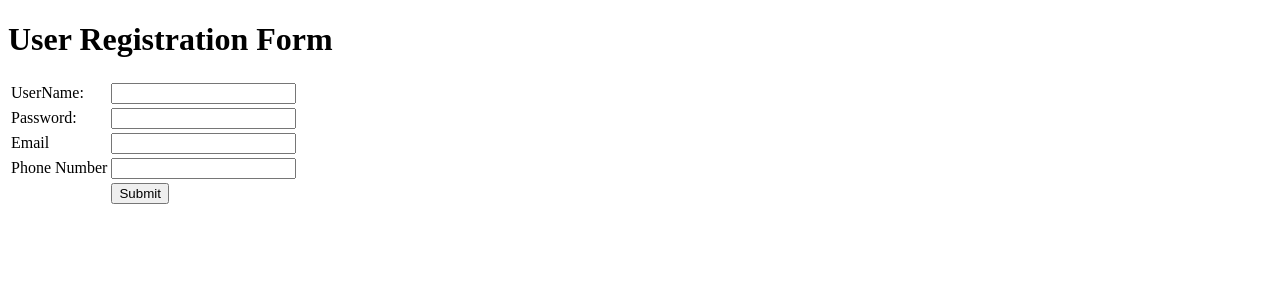
Repository: lokeshsingapuram/springmvc
Page: http://localhost/01-springmvc-forms/views/register.jsp
These files come from the project's save history. The page is drawn as it stood at one moment and after the next save; the edit follows.
The browser window is 1280 px wide. The pictures show the whole page.
The page is served by Tomcat 9. Other server files are loaded and not shown.

Above is the page before, as saved 2020-06-18 11:17:14.

### 01-springmvc-forms/src/main/webapp/views/register.jsp
<%@ page language="java" contentType="text/html; charset=ISO-8859-1"
    pageEncoding="ISO-8859-1"%>
<!DOCTYPE html>
<html>
<head>
<meta charset="ISO-8859-1">
<title>Insert title here</title>
</head>
<body>
<h1>User Registration Form</h1>
<form action="register" method="post">

<table>
<tr>
<td>UserName:</td>
<td><input type="text" name="uname"/></td>
</tr>
<tr>
<td>Password:</td>
<td><input type="password" name="pwd"/></td>
</tr>
<tr>
<td>Email</td>
<td><input type="text" name="email"/></td>
</tr>
<tr>
<td>Phone Number</td>
<td><input type="text" name="phno"/></td>
</tr>
<tr>
<td></td>
<td><input type="submit" name="Register"/></td>
</tr>
</table>
</form>
</body>
</html>

After the next save:
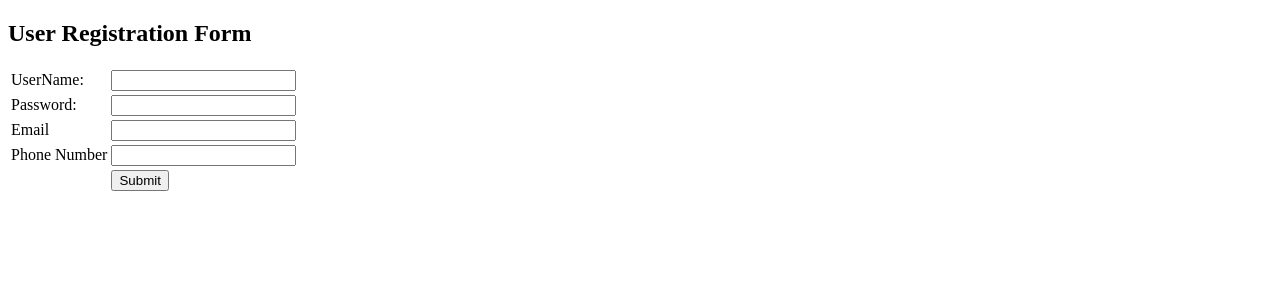
Saved 31 s later.
--- a/01-springmvc-forms/src/main/webapp/views/register.jsp
+++ b/01-springmvc-forms/src/main/webapp/views/register.jsp
@@ -7,7 +7,7 @@
 <title>Insert title here</title>
 </head>
 <body>
-<h1>User Registration Form</h1>
+<h2>User Registration Form</h2>
 <form action="register" method="post">
 
 <table>
